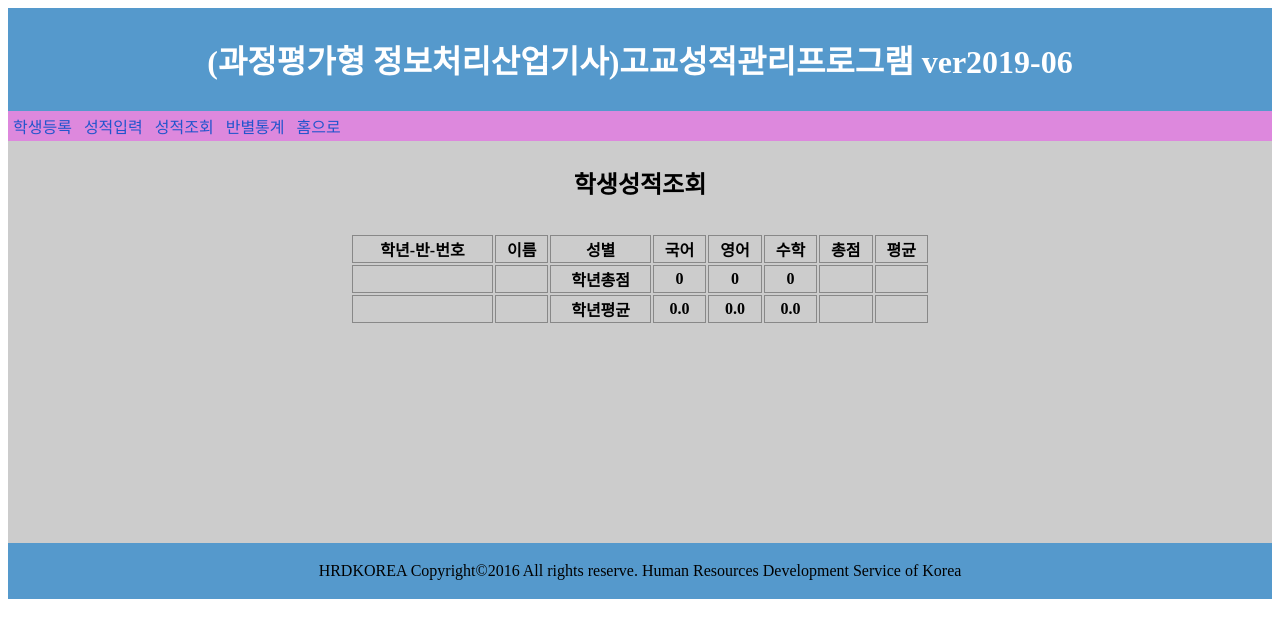
Repository: bolbbal/jdbc
Page: http://localhost/cbq_99/sub3.jsp
The author's editor kept a copy of each file at every save. The page is drawn from the files as they stood at one save, then again after the next save.
The browser window is 1280 px wide. The pictures show the whole page.
The page is served by Tomcat 9. Queries for data that is not in the repository find no rows.

Above is the page before, as saved 2024-08-26 08:06:55.

### javastudy18/jspStudy/cbq_99/cbq_99/WebContent/sub3.jsp
<%@ page language="java" contentType="text/html; charset=UTF-8"
	pageEncoding="UTF-8"%>
<%@ page import="Model.*"%>
<%@ page import="java.sql.*"%>
<%@ page import="java.util.*"%>
<%@ page import="java.text.*"%>
<%
	ScoreDao dao = new ScoreDao();
	List<ScoreVo> list = dao.selectScore();
	ScoreVo totVo = dao.selectScoreTot();
	ScoreVo aveVo = dao.selectScoreAve();
%>
<!DOCTYPE html>
<html>
<head>
<meta charset="UTF-8">
<title>고교성적관리</title>
<style>
header {
	background: #59c;
	padding: 1px;
}

h1 {
	color: #fff;
	text-align: center;
	padding: 6px
}

nav {
	background: #D8D;
	padding: 1px
}

a {
	text-decoration: none;
	color: #25C;
	display: inline-block;
	padding: 2px 4px;
}

section {
	padding: 1px;
	background: #CCC;
	height:400px;
}

h2 {
	text-align: center;
	padding: 3px;
}

footer {
	background: #59c;
	padding: 1px;
}

footer p {
	text-align: center;
	padding: 2px;
}

tr, th, td {
	border-style: solid;
	border-width: 1px;
	border-color: #888;
}

table {
	margin: 0 auto;
	text-align:center;
	width: 600px;
	padding: 10px;
}
</style>

</head>
<body>
	<header>
		<h1>(과정평가형 정보처리산업기사)고교성적관리프로그램 ver2019-06</h1>
	</header>
	<nav>
		<a href="sub1.jsp">학생등록</a>
		<a href="sub2.jsp">성적입력</a>
		<a href="sub3.jsp">성적조회</a>
		<a href="sub4.jsp">반별통계</a>
		<a href="index.jsp">홈으로</a>
	</nav>
	<section>
		<h2>학생성적조회</h2>
		<form name="my" method="post" action="sub2pro.jsp" onsubmit="return check()">
			<table>
				<tr>
					<th>학년-반-번호</th>
					<th>이름</th>
					<th>성별</th>
					<th>국어</th>
					<th>영어</th>
					<th>수학</th>
					<th>총점</th>
					<th>평균</th>
				</tr>
				<%
					for (ScoreVo vo : list) {
				%>
				<tr>
					<th><%=vo.getSyear()%>-<%=vo.getSclass()%>-<%=vo.getSno()%></th>
					<th><%=vo.getSname()%></th>
					<th><%=vo.getGender()%></th>
					<th><%=vo.getKor()%></th>
					<th><%=vo.getEng()%></th>
					<th><%=vo.getMat()%></th>
					<th><%=vo.getTot()%></th>
					<th><%=vo.getAve()%></th>
				</tr>
				<%
					}
				%>

				<tr>
					<th></th>
					<th></th>
					<th>학년총점</th>
					<th><%=totVo.getTkor()%></th>
					<th><%=totVo.getTeng()%></th>
					<th><%=totVo.getTmat()%></th>
					<th></th>
					<th></th>
				</tr>

				<tr>
					<th></th>
					<th></th>
					<th>학년평균</th>
					<th><%=aveVo.getAkor()%></th>
					<th><%=aveVo.getAeng()%></th>
					<th><%=aveVo.getAmat()%></th>
					<th></th>
					<th></th>
				</tr>
			</table>
		</form>
	</section>
	<footer>
		<p>HRDKOREA Copyright&copy;2016 All rights reserve. Human
			Resources Development Service of Korea</p>
	</footer>
</body>
</html>

### javastudy18/jspStudy/cbq_99/cbq_99/src/Model/ScoreDao.java
package Model;

import java.sql.*;
import java.text.DecimalFormat;
import java.util.ArrayList;
import java.util.List;

public class ScoreDao {
	DecimalFormat df = new DecimalFormat("##.0");

	public void close(Connection conn, PreparedStatement pstmt, ResultSet rs) {
		try {
			if (rs != null) {
				rs.close();
			}
			if (pstmt != null) {
				pstmt.close();
			}
			if (conn != null) {
				conn.close();
			}
		} catch (Exception e) {
			e.printStackTrace();
		}
	}

	public void close(Connection conn, PreparedStatement pstmt) {
		try {
			if (pstmt != null) {
				pstmt.close();
			}
			if (conn != null) {
				conn.close();
			}
		} catch (Exception e) {
			e.printStackTrace();
		}
	}

	public void insertStudent(ScoreVo vo) {
		Connection conn = null;
		PreparedStatement pstmt = null;

		String sql = "insert into tbl_student_201905 values (?,?,?,?,?,?,?,?,?)";

		try {
			conn = DBManager.getInstance().getDBManager();
			pstmt = conn.prepareStatement(sql);
			pstmt.setString(1, vo.getSyear());
			pstmt.setString(2, vo.getSclass());
			pstmt.setString(3, vo.getSno());
			pstmt.setString(4, vo.getSname());
			pstmt.setString(5, vo.getBirth());
			pstmt.setString(6, vo.getGender());
			pstmt.setString(7, vo.getTel1());
			pstmt.setString(8, vo.getTel2());
			pstmt.setString(9, vo.getTel3());

			pstmt.executeUpdate();
		} catch (Exception e) {
			e.printStackTrace();
		} finally {
			close(conn, pstmt);
		}
	}

	public void insertScore(ScoreVo vo) {
		Connection conn = null;
		PreparedStatement pstmt = null;

		String sql = "insert into tbl_score_201905 values (?,?,?,?,?,?)";

		try {
			conn = DBManager.getInstance().getDBManager();
			pstmt = conn.prepareStatement(sql);
			pstmt.setString(1, vo.getSyear());
			pstmt.setString(2, vo.getSclass());
			pstmt.setString(3, vo.getSno());
			pstmt.setInt(4, vo.getKor());
			pstmt.setInt(5, vo.getEng());
			pstmt.setInt(6, vo.getMat());

			pstmt.executeUpdate();
		} catch (Exception e) {
			e.printStackTrace();
		} finally {
			close(conn, pstmt);
		}
	}

	public List<ScoreVo> selectScore() {
		Connection conn = null;
		PreparedStatement pstmt = null;
		ResultSet rs = null;

		String sql = "select std.syear, std.sclass, std.sno, std.sname, \r\n" + "decode(std.gender, 'M', '남',\r\n"
				+ "                   'F', '여') as gender, \r\n"
				+ "sc.kor, sc.eng, sc.mat, sum(kor+eng+mat) as tot, \r\n" + "round(avg((kor+eng+mat)/3),1) as ave \r\n"
				+ "from tbl_student_201905 std, tbl_score_201905 sc \r\n"
				+ "where std.sno = sc.sno and std.sclass = sc.sclass\r\n"
				+ "group by std.syear, std.sclass, std.sno, std.sname, sc.kor, \r\n"
				+ "sc.eng, sc.mat, decode(std.gender, 'M', '남', 'F', '여')\r\n" + "order by sclass asc, sno asc";

		List<ScoreVo> list = new ArrayList<ScoreVo>();

		try {
			conn = DBManager.getInstance().getDBManager();
			pstmt = conn.prepareStatement(sql);
			rs = pstmt.executeQuery();

			while (rs.next()) {
				ScoreVo vo = new ScoreVo();
				vo.setSyear(rs.getString("syear"));
				vo.setSclass(rs.getString("sclass"));
				vo.setSno(rs.getString("sno"));
				vo.setSname(rs.getString("sname"));
				vo.setGender(rs.getString("gender"));
				vo.setKor(rs.getInt("kor"));
				vo.setEng(rs.getInt("eng"));
				vo.setMat(rs.getInt("mat"));
				vo.setTot(rs.getInt("tot"));
				double ave = rs.getDouble("ave");
				df.format(ave);
				vo.setAve(ave);

				list.add(vo);
			}
		} catch (Exception e) {
			e.printStackTrace();
		} finally {
			close(conn, pstmt);
		}
		return list;
	}

	public List<ScoreVo> selectClassScore() {
		Connection conn = null;
		PreparedStatement pstmt = null;
		ResultSet rs = null;

		String sql = "select dept.syear, dept.sclass, dept.tname, \r\n"
				+ "sum(kor) as tkor, sum(eng) as teng, sum(mat) as tmat,\r\n"
				+ "round(avg(kor),1) as akor, round(avg(eng),1) as aeng, round(avg(mat),1) as amat\r\n"
				+ "from tbl_dept_201905 dept, tbl_score_201905 score\r\n" + "where dept.sclass = score.sclass\r\n"
				+ "group by dept.syear, dept.tname, dept.sclass order by dept.sclass asc";

		List<ScoreVo> list = new ArrayList<ScoreVo>();

		try {
			conn = DBManager.getInstance().getDBManager();
			pstmt = conn.prepareStatement(sql);
			rs = pstmt.executeQuery();

			while (rs.next()) {
				ScoreVo vo = new ScoreVo();
				vo.setSyear(rs.getString("syear"));
				vo.setSclass(rs.getString("sclass"));
				vo.setTname(rs.getString("tname"));
				vo.setTkor(rs.getInt("tkor"));
				vo.setTeng(rs.getInt("teng"));
				vo.setTmat(rs.getInt("tmat"));

				double akor = rs.getDouble("akor");
				df.format(akor);
				vo.setAkor(akor);

				double aeng = rs.getDouble("aeng");
				df.format(aeng);
				vo.setAeng(aeng);

				double amat = rs.getDouble("amat");
				df.format(amat);
				vo.setAmat(amat);

				list.add(vo);
			}
		} catch (Exception e) {
			e.printStackTrace();
		} finally {
			close(conn, pstmt);
		}
		return list;
	}

	public ScoreVo selectScoreTot() {
		Connection conn = null;
		PreparedStatement pstmt = null;
		ResultSet rs = null;

		String sql = "select sum(kor) as tkor, sum(eng) as teng, sum(mat) as tmat\r\n" + "from tbl_score_201905";

		ScoreVo vo = new ScoreVo();

		try {
			conn = DBManager.getInstance().getDBManager();
			pstmt = conn.prepareStatement(sql);
			rs = pstmt.executeQuery();

			if (rs.next()) {

				vo.setTkor(rs.getInt("tkor"));
				vo.setTeng(rs.getInt("teng"));
				vo.setTmat(rs.getInt("tmat"));

			}
		} catch (Exception e) {
			e.printStackTrace();
		} finally {
			close(conn, pstmt);
		}
		return vo;
	}

	public ScoreVo selectScoreAve() {
		Connection conn = null;
		PreparedStatement pstmt = null;
		ResultSet rs = null;

		String sql = "select avg(kor) as akor, avg(eng) as aeng, avg(mat) as amat\r\n" +
				"from tbl_score_201905";

		ScoreVo vo = new ScoreVo();

		try {
			conn = DBManager.getInstance().getDBManager();
			pstmt = conn.prepareStatement(sql);
			rs = pstmt.executeQuery();

			if (rs.next()) {

				double akor = rs.getDouble("akor");
				df.format(akor);
				vo.setAkor(akor);

				double aeng = rs.getDouble("aeng");
				df.format(aeng);
				vo.setAeng(aeng);

				double amat = rs.getDouble("amat");
				df.format(amat);
				vo.setAmat(amat);
			}
		} catch (Exception e) {
			e.printStackTrace();
		} finally {
			close(conn, pstmt);
		}
		return vo;
	}
}

### javastudy18/jspStudy/cbq_99/cbq_99/src/Model/DBManager.java
package Model;

import java.sql.Connection;
import java.sql.DriverManager;

public class DBManager {
	private static DBManager instance = new DBManager();
	private DBManager() {

	}

	public static DBManager getInstance() {
		return instance;
	}

	public Connection getDBManager() {
		Connection conn = null;

		String driver = "oracle.jdbc.driver.OracleDriver";
		String url = "jdbc:oracle:thin:@localhost:1521:xe";
		String id = "jsl18";
		String pw = "1234";

		try {
			Class.forName(driver);
			conn = DriverManager.getConnection(url,id,pw);
		} catch (Exception e) {
			e.printStackTrace();
		}

		return conn;
	}
}

### javastudy18/jspStudy/cbq_99/cbq_99/src/Model/ScoreVo.java
package Model;

public class ScoreVo {
	private String syear;
	private String sclass;
	private String sno;
	private String sname;
	private String birth;
	private String gender;
	private String tel1;
	private String tel2;
	private String tel3;
	private int kor;
	private int eng;
	private int mat;
	private int tot;
	private double ave;
	private int tkor;
	private int teng;
	private int tmat;
	private double akor;
	private double aeng;
	private double amat;
	private String tname;

	public String getTname() {
		return tname;
	}
	public void setTname(String tname) {
		this.tname = tname;
	}
	public int getTkor() {
		return tkor;
	}
	public void setTkor(int tkor) {
		this.tkor = tkor;
	}
	public int getTeng() {
		return teng;
	}
	public void setTeng(int teng) {
		this.teng = teng;
	}
	public int getTmat() {
		return tmat;
	}
	public void setTmat(int tmat) {
		this.tmat = tmat;
	}
	public double getAkor() {
		return akor;
	}
	public void setAkor(double akor) {
		this.akor = akor;
	}
	public double getAeng() {
		return aeng;
	}
	public void setAeng(double aeng) {
		this.aeng = aeng;
	}
	public double getAmat() {
		return amat;
	}
	public void setAmat(double amat) {
		this.amat = amat;
	}
	public int getTot() {
		return tot;
	}
	public void setTot(int tot) {
		this.tot = tot;
	}
	public double getAve() {
		return ave;
	}
	public void setAve(double ave) {
		this.ave = ave;
	}
	public int getKor() {
		return kor;
	}
	public void setKor(int kor) {
		this.kor = kor;
	}
	public int getEng() {
		return eng;
	}
	public void setEng(int eng) {
		this.eng = eng;
	}
	public int getMat() {
		return mat;
	}
	public void setMat(int mat) {
		this.mat = mat;
	}
	public String getSyear() {
		return syear;
	}
	public void setSyear(String syear) {
		this.syear = syear;
	}
	public String getSclass() {
		return sclass;
	}
	public void setSclass(String sclass) {
		this.sclass = sclass;
	}
	public String getSno() {
		return sno;
	}
	public void setSno(String sno) {
		this.sno = sno;
	}
	public String getSname() {
		return sname;
	}
	public void setSname(String sname) {
		this.sname = sname;
	}
	public String getBirth() {
		return birth;
	}
	public void setBirth(String birth) {
		this.birth = birth;
	}
	public String getGender() {
		return gender;
	}
	public void setGender(String gender) {
		this.gender = gender;
	}
	public String getTel1() {
		return tel1;
	}
	public void setTel1(String tel1) {
		this.tel1 = tel1;
	}
	public String getTel2() {
		return tel2;
	}
	public void setTel2(String tel2) {
		this.tel2 = tel2;
	}
	public String getTel3() {
		return tel3;
	}
	public void setTel3(String tel3) {
		this.tel3 = tel3;
	}


}

After the next save:
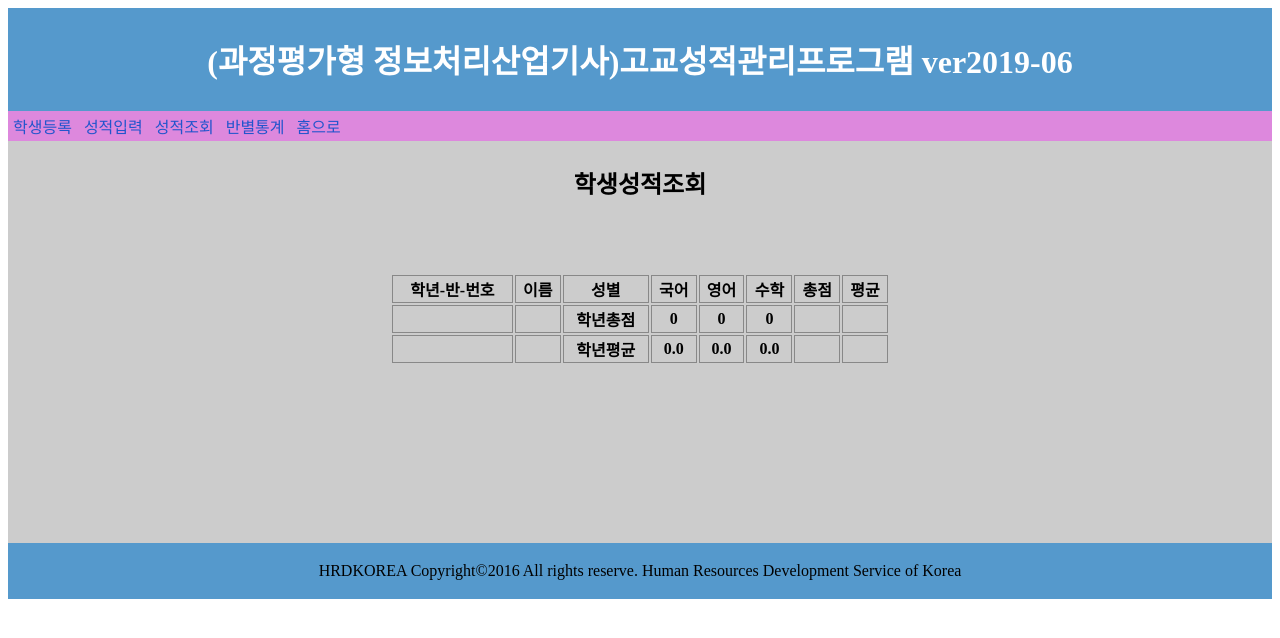
Saved 10 s later.
--- a/javastudy18/jspStudy/cbq_99/cbq_99/WebContent/sub3.jsp
+++ b/javastudy18/jspStudy/cbq_99/cbq_99/WebContent/sub3.jsp
@@ -70,7 +70,7 @@
 	margin: 0 auto;
 	text-align:center;
 	width: 600px;
-	padding: 10px;
+	padding: 50px;
 }
 </style>
 
